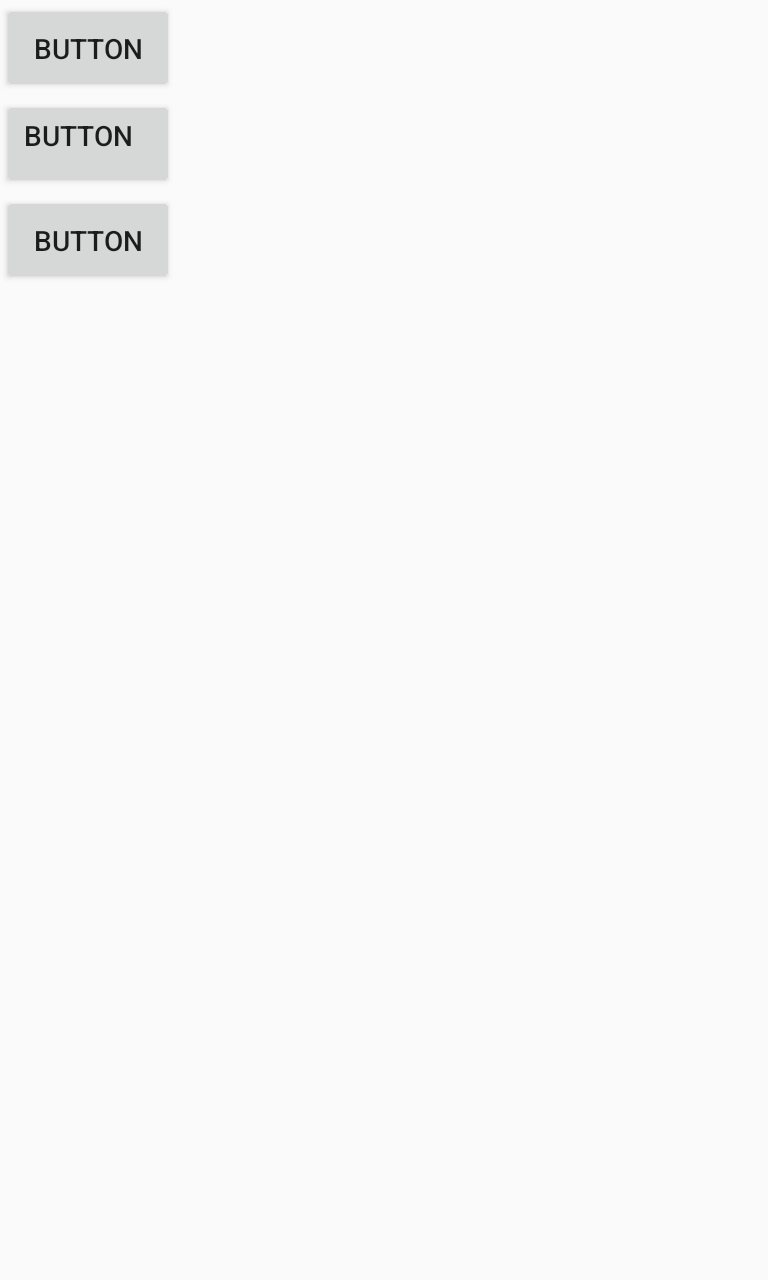
Repository: PaulAlfred/Android_Exercises
Layout: MoreLayouts/res/layout/arranged_equally_layout.xml
An editor plug-in stored every save of this project. The layout is shown before and after the next save, followed by the edit.
It is drawn on a 768 x 1280 px phone screen (xhdpi) without system bars, with theme AppTheme; the app's code is not run.

Above is the layout before, as saved 2014-10-24 06:06:44.

After the next save:
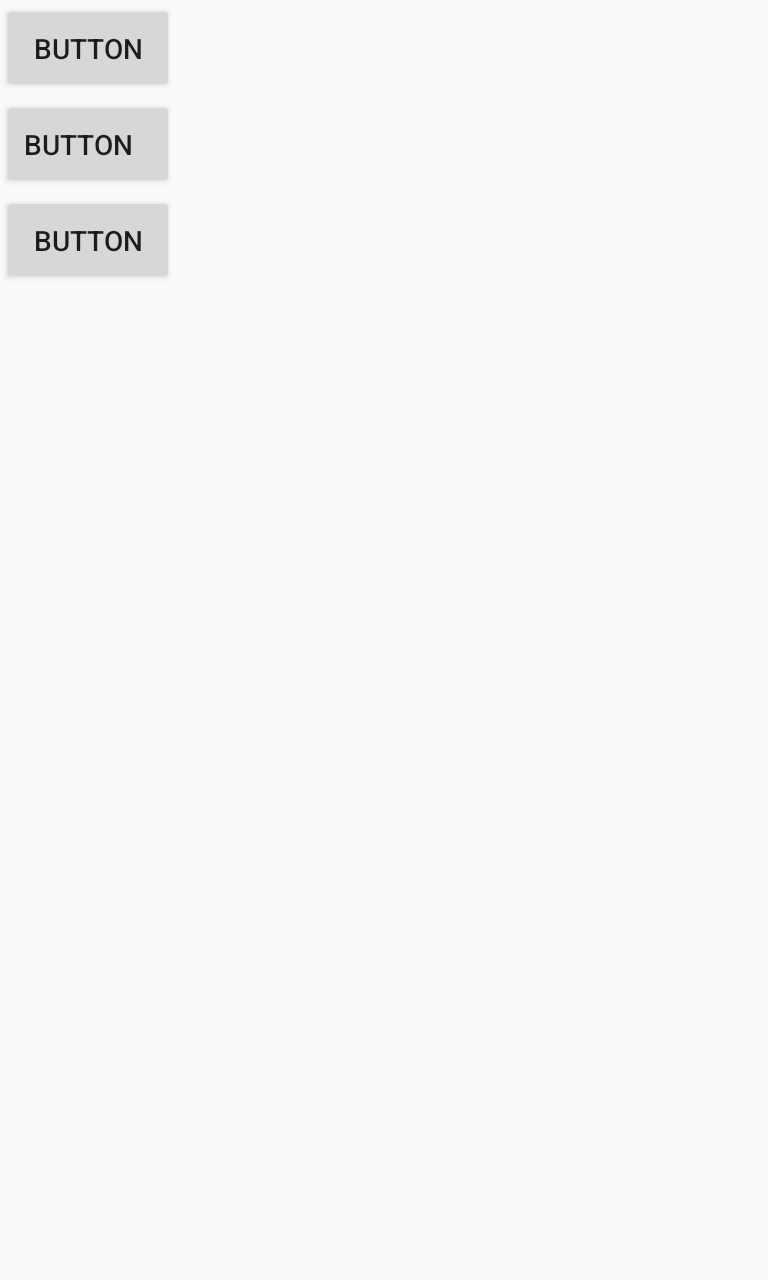
Saved 5 min 47 s later.
--- a/MoreLayouts/res/layout/arranged_equally_layout.xml
+++ b/MoreLayouts/res/layout/arranged_equally_layout.xml
@@ -15,7 +15,7 @@
         android:layout_width="wrap_content"
         android:layout_height="wrap_content"
         android:text="Button"
-        android:gravity="clip_horizontal"/>
+        android:gravity="fill"/>
 
     <Button
         android:id="@+id/button3"
